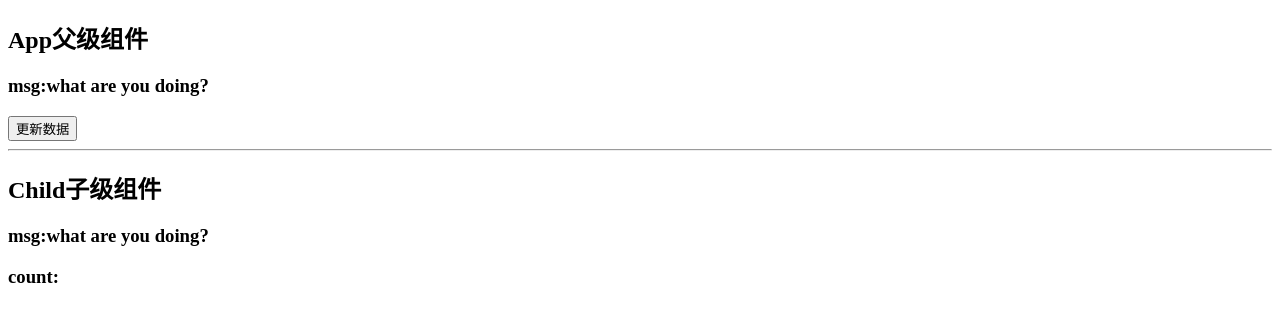
Repository: zhuhongxiang/Vue3.0-TSLeaning
Page: / (app in 04_Vue3/vue3_learning/)
These files come from the project's save history. The page is drawn as it stood at one moment and after the next save; the edit follows.
The browser window is 1280 px wide. The pictures show the whole page.
The project was rebuilt for these pictures with package versions that can differ from the ones it lists, and the page was loaded fresh each time.

Above is the page before, as saved 2021-07-26 10:22:14.

### 04_Vue3/vue3_learning/src/main.ts
// 程序的主入口文件，ts文件，是main.ts
// 引入createApp函数，创建对应的应用产生应用的实例对象
import { createApp } from 'vue'
// 引入App组件（所有组件的父级组件）
import App from './App.vue'
// 创建App应用返回对应的实例对象，调用mount方法进行挂载
createApp(App).mount('#app')

### 04_Vue3/vue3_learning/src/App.vue
<template>
  <h2>App父级组件</h2>
  <h3>msg:{{ msg }}</h3>
  <button @click="msg += '==='">更新数据</button>
  <hr />
  <Child :msg="msg" />
</template>

<script lang='ts'>
import { defineComponent, reactive, ref } from "vue";
import Child from "./components/Child.vue";

export default defineComponent({
  name: "App",
  props: {},
  components: { Child },
  setup() {
    const msg = ref("what are you doing?");
    return {
      msg,
    };
  },
});
</script>

<style scoped>
</style>

### 04_Vue3/vue3_learning/src/components/Child.vue
<template>
  <h2>Child子级组件</h2>
  <h3>msg:{{ msg }}</h3>
  <h3>count:{{ count }}</h3>
</template>

<script lang='ts'>
import { defineComponent, reactive } from "vue";
export default defineComponent({
  name: "Child",
  props: ["msg"],
  components: {},
  // setup细节问题
  // setup是在beforeCreate生命周期回调之前就执行了，而且就执行一次
  // 由此可以推断出：setup在执行时当前组件还没有创建出来，也就意味着：组件实例对象this根本就不能用
  // this是undefined，说明就不能通过this去访问data,computed,methods,props
  // 其实所有的composition API相关回调函数中也都不可以

  // setup中的返回值是一个对象，内部的属性和方法是给html模板使用的
  // setup中的对象内部的属性和data函数中的return对象的属性都可以在Html模板中使用
  // setup中的对象的属性和data函数中的对象中的属性会合并为组件对象的属性
  // setup中的对象中的方法和methods对象中的方法会合并为组件对象的方法
  // 在Vue3中尽量不要混合使用data和setup及methods和setup
  // setup不能是一个async函数: 因为返回值不再是return的对象, 而是promise, 模板看不到return对象中的属性数据

  // 数据初始化的生命周期回调
  // beforeCreate() {
  //   console.log("beforeCreate执行了");
  // },
  // 界面渲染完毕
  //   mounted(){},
  setup() {
    console.log("setup执行了", this);
    const showMsg1 = () => {
      console.log("setup中的showMsg方法");
    };
    return {
      // setup一般都是返回一个对象，对象中的属性和方法都可以在html目标中直接使用
      showMsg1,
    };
  },
  // data() {
  //   return {
  //     count: 10,
  //   };
  // },
  // mounted() {
  //   console.log(this);
  // },
  // methods: {
  //   showMsg2() {
  //     console.log("methods中的showMsg方法");
  //   },
  // },
});
</script>

<style scoped>
</style>

Loaded but not shown: 04_Vue3/vue3_learning/public/index.html (common file)

After the next save:
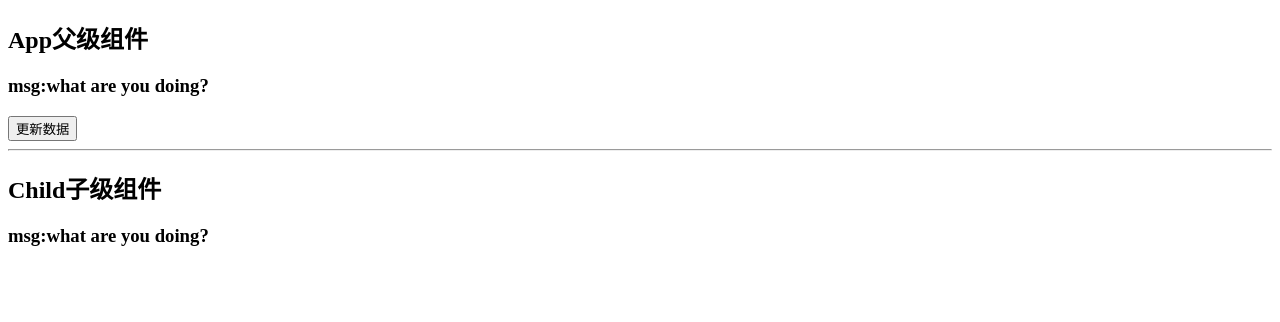
Saved 13 s later.
--- a/04_Vue3/vue3_learning/src/components/Child.vue
+++ b/04_Vue3/vue3_learning/src/components/Child.vue
@@ -1,7 +1,7 @@
 <template>
   <h2>Child子级组件</h2>
   <h3>msg:{{ msg }}</h3>
-  <h3>count:{{ count }}</h3>
+  <!-- <h3>count:{{ count }}</h3> -->
 </template>
 
 <script lang='ts'>
